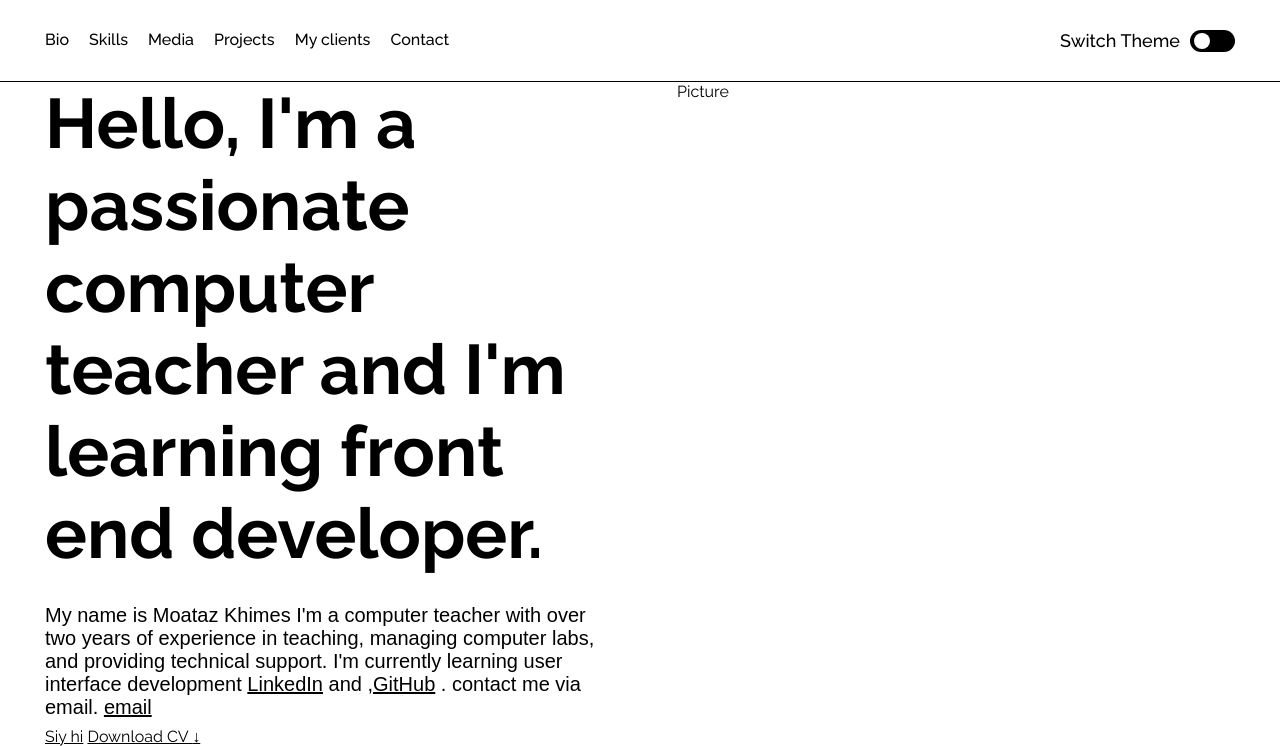
Repository: moataz305G/Personal-website
Page: index.html
The author's editor kept a copy of each file at every save. The page is drawn from the files as they stood at one save, then again after the next save.
The browser window is 1280 px wide. The pictures show the whole page.

Above is the page before, as saved 2025-12-12 21:10:25.

### index.html
<!DOCTYPE html>
<html lang="en">
  <head>
    <meta charset="UTF-8" />

    <meta name="viewport" content="width=device-width, initial-scale=1.0" />
    <link rel="preconnect" href="https://fonts.googleapis.com" />
    <link rel="preconnect" href="https://fonts.gstatic.com" crossorigin />
    <link
      href="https://fonts.googleapis.com/css2?family=Raleway:ital,wght@0,100..900;1,100..900&display=swap"
      rel="stylesheet"
    />

    <link rel="stylesheet" href="Style.css" />
    <title class="title">Moataz khimes</title>
  </head>
  <body>
    <div class="container">
      <header class="header">
        <nav class="navigation">
          <ul class="navigation__list">
            <li><a href="#" class="navigation__link">Bio</a></li>
            <li><a href="#" class="navigation__link">Skills</a></li>
            <li><a href="#" class="navigation__link">Media</a></li>
            <li><a href="#" class="navigation__link">Projects</a></li>
            <li><a href="#" class="navigation__link">My clients</a></li>
            <li><a href="#" class="navigation__link">Contact</a></li>
          </ul>
        </nav>

        <div class="toggle">
          <h3 class="toggle__title">Switch Theme</h3>
          <input
            type="checkbox"
            name="toggle checkbox"
            id="toggle"
            class="toggle__checkbox"
          />
          <label for="toggle" class="toggle__label"></label>
        </div>
      </header>

      <section id="bio" class="bio section">
        <div class="bio__content">
          <h1 class="bio__heading">
            Hello, I'm a passionate computer teacher and I'm learning front end
            developer.
          </h1>
          <p class="bio__objeactive">
            My name is <span class="bio__name">Moataz Khimes</span>
            I'm a computer teacher with over two years of experience in
            teaching, managing computer labs, and providing technical support.
            I'm currently learning user interface development
            <a
              href="https://www.linkedin.com/in/moataz-khimes-53586223b/"
              class="bio__linkedin"
              >LinkedIn</a
            >
            and ,<a href="https://github.com/moataz305G" class="bio__github"
              >GitHub</a
            >
            . contact me via email.
            <a href="mutazkhmes@gmail.com" class="gio__email">email</a>
          </p>
          <a href="#" class="bio__links siy-hi-link">Siy hi</a>
          <a href="#" class="bio__links find-out-link"
            >Download CV <span class="bio__arrow">↓</span></a
          >
        </div>
        <div class="bio__pic-content">Picture</div>
      </section>
    </div>
  </body>
</html>

### Style.css
:root {
  --container-width: 119rem;
  --guter: 6rem;

  --color-black: #000;
  --color-white: #fff;
  --color-blue: #2374e1;
  --color-lite-blue: #1d9bf0;
  --color-dark-blue: #0a66c2;
  --color-darker-blue: #143ce8;
  --color-red: #ff0000;
  --color-green: #03a696;
  --color-gray: #f6f6f6;
  --color-dark-green: #42959b;

  --color-background: var(--color-white);
  --color-text: var(--color-black);
  --color-box-img: var(--color-black);
  --color-link-bg: var(--color-black);
  --color-input-border: var(--color-black);

  --font-family-raleway: "Raleway", sans-serif;
  --font-family-poppins: "Poppins", sans-serif;

  --font-weight-regular: 400;
  --font-weight-medium: 500;
  --font-weight-semi-bold: 600;
  --font-weight-bold: 700;

  --font-size-70: 7rem;
  --font-size-65: 6.5rem;
  --font-size-40: 4rem;
  --font-size-38: 3.8rem;
  --font-size-24: 2.4rem;
  --font-size-22: 2.2rem;
  --font-size-20: 2rem;
  --font-size-18: 1.8rem;
  --font-size-15: 1.5rem;

  --transition-timing: 0.3s;
}
/* CSS Reset */
* {
  margin: 0;
  padding: 0;
}

*,
*::after,
*::before {
  box-sizing: border-box;
}

a {
  color: inherit;
  display: inline-block;
}

button {
  background-color: transparent;
  border: none;
  cursor: pointer;
}

ul,
ol {
  list-style: none;
}
/* END CSS Reset */
html {
  font-size: 62.5%;
  scroll-behavior: smooth;
  scroll-padding-top: 11rem;
}

body {
  font-size: 1.6rem;
  font-family: var(--font-family-raleway);
  background-color: var(--color-background);
  color: var(--color-text);
}

.container {
  max-width: var(--container-width);
  margin: 0 auto;
}
header {
  position: relative;
  padding: 3rem 0;
  display: flex;
  justify-content: center;
  z-index: 0;
}
.header::before {
  content: "";
  position: absolute;
  height: 100%;
  width: 100vw;
  border-bottom: 0.1rem solid var(--color-black);
  top: 0;
  z-index: -1;
}

.navigation__list {
  display: flex;
  gap: 2rem;
}
.navigation__link:link,
.navigation__link:visited {
  text-decoration: none;
  font-weight: var(--font-weight-medium);
}
.navigation__link:hover,
.navigation__link:active {
  text-decoration: underline;
  color: var(--color-text);
}

/* Toggle */
.toggle {
  display: flex;
  gap: 1rem;
  margin-left: auto;
}
.toggle__title {
  font-weight: var(--font-weight-medium);
  font-size: var(--font-size-18);
}

.toggle__checkbox {
  display: none;
}

.toggle__label {
  display: block;
  position: relative;
  background-color: var(--color-black);
  border-radius: 1.5rem;
  width: 4.5rem;
  height: 2.2rem;
  cursor: pointer;
  padding: 0.3rem 0.4rem;
  transition: 0.3s;
}

.toggle__label::after {
  content: "";
  display: block;
  width: 1.6rem;
  height: 1.6rem;
  border-radius: 50%;
  background-color: var(--color-white);
  transition: 0.3s;
}

.toggle__checkbox:checked + .toggle__label {
  background-color: var(--color-white);
}
.toggle__checkbox:checked + .toggle__label::after {
  transform: translateX(2.1rem);
  background-color: var(--color-green);
}

/* End Toggle */

.section {
  display: grid;
  grid-template-columns: repeat(2, auto);
  align-items: start;
}

/* Bio */
.bio {
  grid-gap: 7.4rem;
  grid-template-columns: repeat(2, 1fr);
}

.bio__heading {
  font-size: var(--font-size-70);
  font-weight: var(--font-weight-bold);
}

.bio__objeactive {
  font-family: var(--font-family-poppins);
  font-weight: var(--font-weight-regular);
  font-size: var(--font-size-20);
  margin: 3rem 0 0.8rem;
}

After the next save:
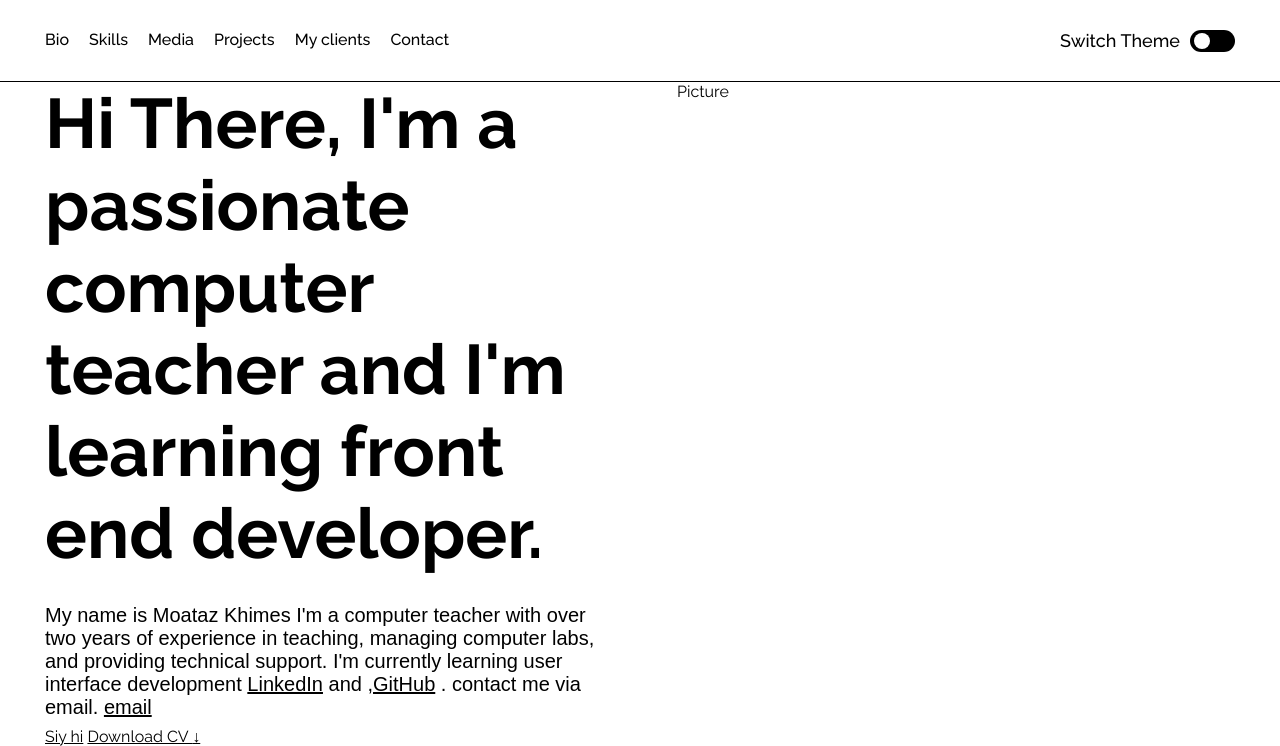
Saved 113 s later.
--- a/index.html
+++ b/index.html
@@ -43,8 +43,8 @@
       <section id="bio" class="bio section">
         <div class="bio__content">
           <h1 class="bio__heading">
-            Hello, I'm a passionate computer teacher and I'm learning front end
-            developer.
+            Hi There, I'm a passionate computer teacher and I'm learning front
+            end developer.
           </h1>
           <p class="bio__objeactive">
             My name is <span class="bio__name">Moataz Khimes</span>
